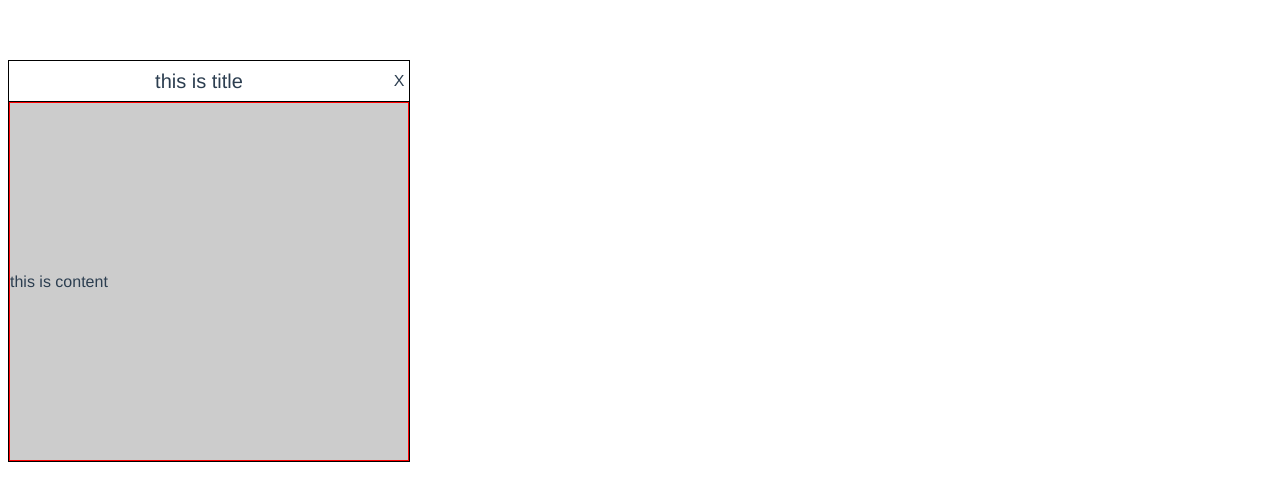
Repository: iulucky6/yf_messageBox
Page: /
The author's editor kept a copy of each file at every save. The page is drawn from the files as they stood at one save, then again after the next save.
The browser window is 1280 px wide. The pictures show the whole page.
The project was rebuilt for these pictures with package versions that can differ from the ones it lists, and the page was loaded fresh each time. Also part of the build but not shown: src/components/HelloWorld.vue.

Above is the page before, as saved 2023-09-14 11:28:31.

After the next save:
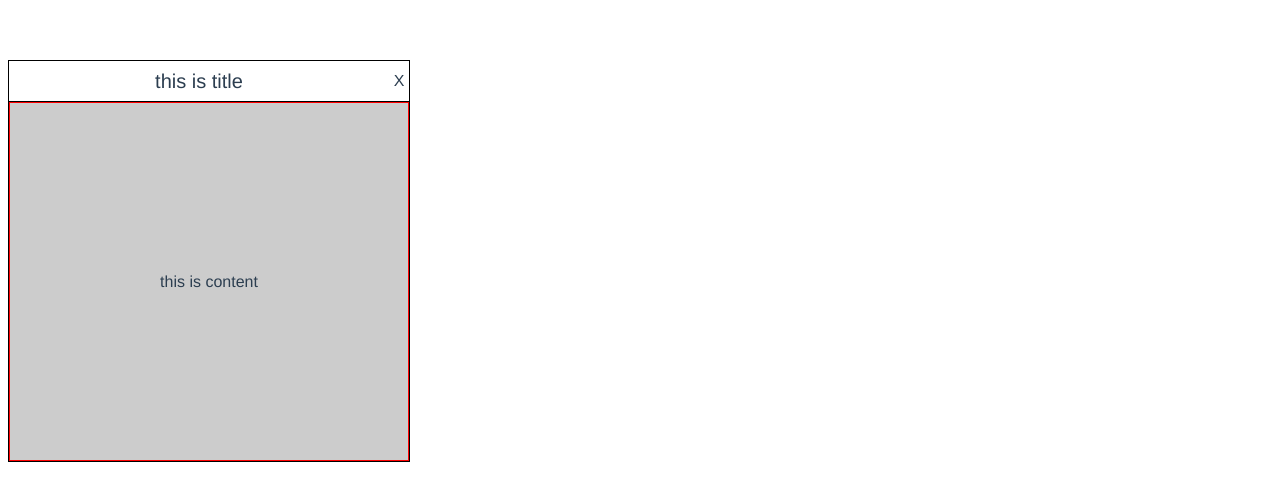
Saved 14 s later.
--- a/src/components/MessageBox/index.vue
+++ b/src/components/MessageBox/index.vue
@@ -58,11 +58,12 @@ $border-color: #000;
     }
   }
   .content {
-     display: flex;
+    display: flex;
     background-color: #ccc;
     border: 1px solid red;
     flex: 1;
     align-items: center;
+    justify-content: center;
     // justify-content: center;
   }
 }
